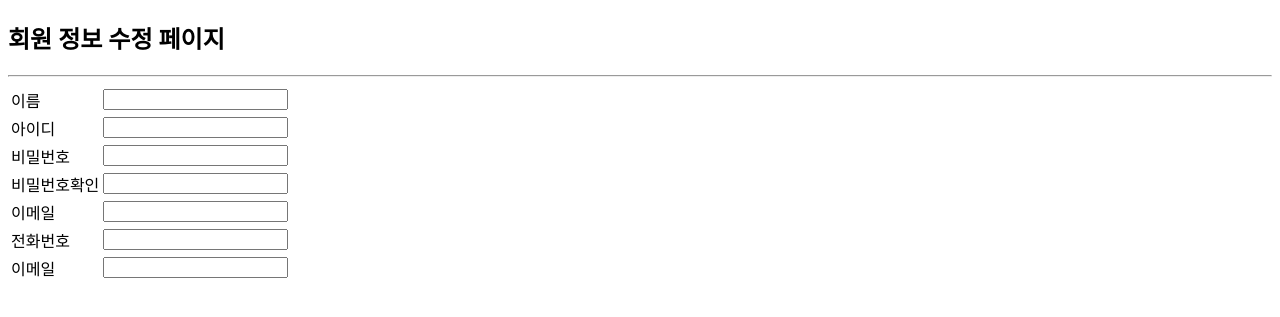
Repository: totesbk/JSP-
Page: http://localhost/web09/MemberUpdate.do
These files come from the project's save history. The page is drawn as it stood at one moment and after the next save; the edit follows.
The browser window is 1280 px wide. The pictures show the whole page.
The page is served by Tomcat 9. Other server files are loaded and not shown. Queries for data that is not in the repository find no rows.

Above is the page before, as saved 2020-10-14 05:41:15.

### web09/WebContent/member/memberUpdate.jsp
<%@ page language="java" contentType="text/html; charset=UTF-8"
    pageEncoding="UTF-8"%>
<!DOCTYPE html>
<html>
<head>
<meta charset="UTF-8">
<title>회원 정보 수정 페이지</title>
<script type="text/javascript" src="script/member.js"></script>
</head>
<body>
<h2>회원 정보 수정 페이지</h2>
<hr>
<form action="memberUpdate.do" method="POST">
	<table>
		<tr>
			<td>이름</td>
			<td>
			<input type="text" name="name" size="20" value="${mVo.name}" readonly>
			</td>
		</tr>
		<tr>
			<td>아이디</td>
			<td>
			<input type="text" name="userid" size="20" value="${mVo.userid}" readonly>
			</td>
		</tr>
		<tr>
			<td>비밀번호</td>
			<td>
			<input type="password" name="userpwd" size="20">
			</td>
		</tr>
		<tr>
			<td>비밀번호확인</td>
			<td>
			<input type="password" name="pwd_check" size="20">
			</td>
		</tr>
		<tr>
			<td>이메일</td>
			<td>
			<input type="password" name="email" size="20" value="${mVo.email}">
			</td>
		</tr>
		<tr>
			<td>전화번호</td>
			<td>
			<input type="password" name="phone" size="20" value="${mVo.phone}">
			</td>
		</tr>
		<tr>
			<td>이메일</td>
			<td>
			<input type="password" name="email" size="20" value="${mVo.email}">
			</td>
		</tr>
	</table>

</form>
</body>
</html>

### web09/src/com/green/controller/MemberUpdate.java
package com.green.controller;

import java.io.IOException;

import javax.servlet.RequestDispatcher;
import javax.servlet.ServletException;
import javax.servlet.annotation.WebServlet;
import javax.servlet.http.HttpServlet;
import javax.servlet.http.HttpServletRequest;
import javax.servlet.http.HttpServletResponse;

import com.green.vo.MemberDAO;
import com.green.vo.MemberVO;

/**
 * Servlet implementation class MemberUpdate
 */
@WebServlet("/MemberUpdate.do")
public class MemberUpdate extends HttpServlet {
	private static final long serialVersionUID = 1L;

    /**
     * @see HttpServlet#HttpServlet()
     */
    public MemberUpdate() {
        super();
        // TODO Auto-generated constructor stub
    }

	/**
	 * @see HttpServlet#doGet(HttpServletRequest request, HttpServletResponse response)
	 */
	protected void doGet(HttpServletRequest request, HttpServletResponse response) throws ServletException, IOException {
		String userid = request.getParameter("userid");

		MemberDAO dao = MemberDAO.getInstance();
		MemberVO mVo = dao.getMember(userid);

		request.setAttribute("mVo", mVo);

		RequestDispatcher dispatcher =
				request.getRequestDispatcher("member/memberUpdate.jsp");
		dispatcher.forward(request, response);
	}

	/**
	 * @see HttpServlet#doPost(HttpServletRequest request, HttpServletResponse response)
	 */
	protected void doPost(HttpServletRequest request, HttpServletResponse response) throws ServletException, IOException {
		// TODO Auto-generated method stub
		doGet(request, response);
	}

}

### web09/src/com/green/vo/MemberDAO.java
package com.green.vo;

import java.sql.Connection;
import java.sql.PreparedStatement;
import java.sql.ResultSet;

import javax.naming.Context;
import javax.naming.InitialContext;
import javax.sql.DataSource;

public class MemberDAO {//데이터베이스 연동을 위한 클래스


	/////////////////////////////////////////
	//3단계
	private MemberDAO(){}

	private static MemberDAO dao = new MemberDAO();

	public static MemberDAO getInstance() {
		return dao;
	}
	/////////////////////////////////////////
	//4단계 DBCP 등록 => 데이터베이스 접속용 메소드

	public Connection getConnection() throws Exception{
		Connection conn = null;
		Context initContext = new InitialContext();
		Context envContext  = (Context)initContext.lookup("java:/comp/env");
		DataSource ds = (DataSource)envContext.lookup("jdbc/myoracle");
		conn = ds.getConnection();

		return conn;
	}
	////////////////////////////////////////////////
	//8단계
	// +찾아온 회원 정보를 통해서 비밀번호 일치 여부로 인증처리하는 기능

	//아이디를 통해서 회원 정보 찾아오기
	public MemberVO getMember(String userid) {
		MemberVO mVo = null;
		String sql = "SELECT * FROM member WHERE userid = ?";
		Connection conn = null;
		PreparedStatement psmt = null;
		ResultSet rs = null;

		try {
			conn = getConnection();
			psmt = conn.prepareStatement(sql);
			psmt.setString(1, userid);

			rs = psmt.executeQuery();

			if(rs.next()) {
				mVo = new MemberVO();
				mVo.setName(rs.getString("name"));
				mVo.setUserid(rs.getString("userid"));
				mVo.setUserpwd(rs.getString("userpwd"));
				mVo.setEmail(rs.getString("email"));
				mVo.setPhone(rs.getString("phone"));
				mVo.setAdmin(rs.getInt("admin"));
			}

		}catch(Exception e) {
			e.printStackTrace();
		}finally {
			try {
				if(rs != null)rs.close();
				if(psmt != null)psmt.close();
				if(conn != null)conn.close();
			}catch(Exception e) {
				e.printStackTrace();
			}
		}
		return mVo;

 	}

	//사용자 인증 처리 메소드
	public int userCheck(String userid,String userpwd) {
		int result = -1;
		String sql = "SELECT userpwd FROM member WHERE userid = ?";

		Connection conn = null;
		PreparedStatement psmt = null;
		ResultSet rs = null;

		try {
			conn = getConnection();
			psmt = conn.prepareStatement(sql);
			psmt.setNString(1, userid);

			rs = psmt.executeQuery();

			if(rs.next()) {
				if(rs.getString("userpwd")!=null && rs.getString("userpwd").equals(userpwd)) {
					result = 1;//로그인 성공
				}else {
					result = 0;	//비밀번호가 null이거나, 비밀번호가 일치하지않는 경우
				}

			}else { //아이디를 찾을 수 없는 경우
				result = -1;
			}

		}catch(Exception e) {
			e.printStackTrace();
		}finally {
			try {
				if(rs != null)rs.close();
				if(psmt != null)psmt.close();
				if(conn != null)conn.close();
			}catch(Exception e) {
				e.printStackTrace();
			}
		}
		return result;
	}
	//아이디 중복 체크를 위한 메소드
	public int confirmID(String userid) {
		int result = -1;
		String sql = "SELECT userid FROM member WHERE userid=?";

			Connection conn = null;
			PreparedStatement psmt = null;
			ResultSet rs = null;

			try {
				conn = getConnection();
				psmt = conn.prepareStatement(sql);
				psmt.setNString(1, userid);

				rs = psmt.executeQuery();

				if(rs.next()) { //아이디가 존재=> 중복
					result=1;
				}else {//아이디가 부존재 =? 중복X
					result=-1;
				}

			}catch(Exception e) {
				e.printStackTrace();
			}finally {
				try {
					if(rs != null)rs.close();
					if(psmt != null)psmt.close();
					if(conn != null)conn.close();
				}catch(Exception e) {
					e.printStackTrace();
				}
			}
			return result;
	}
	//회원 가입시 적용할 쿼리문 작성할 메소드
	public int insertMember(MemberVO mVo) {
		int result = -1;

		String sql =  "INSERT INTO member VALUES(?,?,?,?,?,?)";

		Connection conn = null;
		PreparedStatement psmt = null;

		try {
			conn = getConnection();
			psmt = conn.prepareStatement(sql);

			psmt.setString(1,mVo.getName());
			psmt.setString(2,mVo.getUserid());
			psmt.setString(3,mVo.getUserpwd());
			psmt.setString(4,mVo.getEmail());
			psmt.setString(5,mVo.getPhone());
			psmt.setInt(6,mVo.getAdmin());

			result = psmt.executeUpdate();
		}catch(Exception e) {
			e.printStackTrace();
		}finally {
			try {
				if(psmt!=null)psmt.close();
				if(conn!=null)conn.close();
			}catch(Exception e) {
				e.printStackTrace();
			}
		}
		return result;
	}









}

### web09/WebContent/script/member.js
/**
 *
 */

function loginCheck(){
	if(document.frm.userid.value.length == 0){
		alert('아이디를 입력 해주세요.');
		frm.userid.focus();
		return false;
	}
	if(document.frm.userpwd.value.length == ""){
		alert('비밀번호는 반드시 입력해야 합니다.');
		frm.userpwd.focus();
		return false;
	}
	return true;
}


function idCheck(){
		if(document.frm.userid.value.length == 0){
		alert('아이디를 입력 해주세요.');
		frm.userid.focus();
		return;
	}
	var url = "idCheck.do?userid="+document.frm.userid.value;
	window.open(url,"_blank_1","toolbar=no,menubar=no,scrollbars=yes,resizable=no,width=450,height=200");
}


function idok(userid){
	opener.frm.userid.value = document.frm.userid.value;
	//opener 부모창  document => 새로열린창
	opener.frm.reid.value = document.frm.userid.value;
	self.close(); //새로열린창 종료
}

function joinCheck(){
	//이름 입력여부
	if(document.frm.name.value.length ==0){
		alert("이름을 입력해 주세요.");
		frm.name.focus();
		return false;
	}
	//아이디 입력여부
	if(document.frm.userid.value.length ==0){
		alert("아이디를 입력해 주세요.");
		frm.userid.focus();
		return false;
	}
	//아이디 길이 4글자 이상
	if(document.frm.userid.value.length < 4){
		alert("아이디는 4글자 이상 이어야 합니다.1");
		frm.userid.focus();
		return false;
	}
	//암호입력여부
	if(document.frm.userpwd.value.length == 0){
		alert("비밀번호를 입력해 주세요.");
		frm.userpwd.focus();
		return false;
	}
	//입력된 암호 일치 어부
	if(document.frm.userpwd.value.length != document.frm.pwd_check.value.length){
		alert("비밀번호가 일치하지 않습니다.");

		document.frm.userpwd.value="";
		document.frm.pwd_check.value="";

		frm.userpwd.focus();
		return false;
	}
	//아이디 중복 체크 여부
	if(document.frm.reid.value.length == 0){
		alert("중복 체크를 하지 않았습니다..");
		frm.userid.focus();
		return false;
	}
	return true;

}

After the next save:
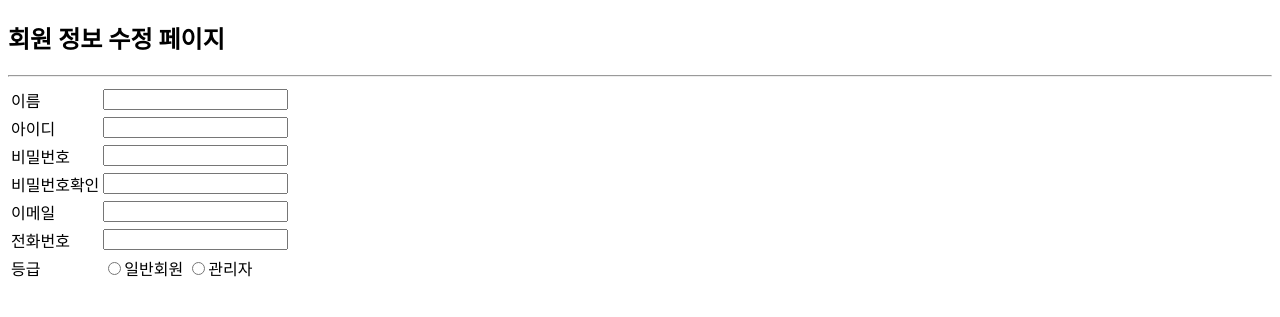
Saved 4 min 32 s later.
--- a/web09/WebContent/member/memberUpdate.jsp
+++ b/web09/WebContent/member/memberUpdate.jsp
@@ -49,9 +49,16 @@
 			</td>
 		</tr>
 		<tr>
-			<td>이메일</td>
+			<td>등급</td>
 			<td>
-			<input type="password" name="email" size="20" value="${mVo.email}">
+				<c:choose>
+					<c:when test="${mVo.admin==0}">
+						<input type="radio" name="admin" value="0">일반회원
+					</c:when>
+					<c:when test="${mVo.admin==1}">
+					<input type="radio" name="admin" value="1">관리자
+					</c:when>
+				</c:choose>
 			</td>
 		</tr>
 	</table>
